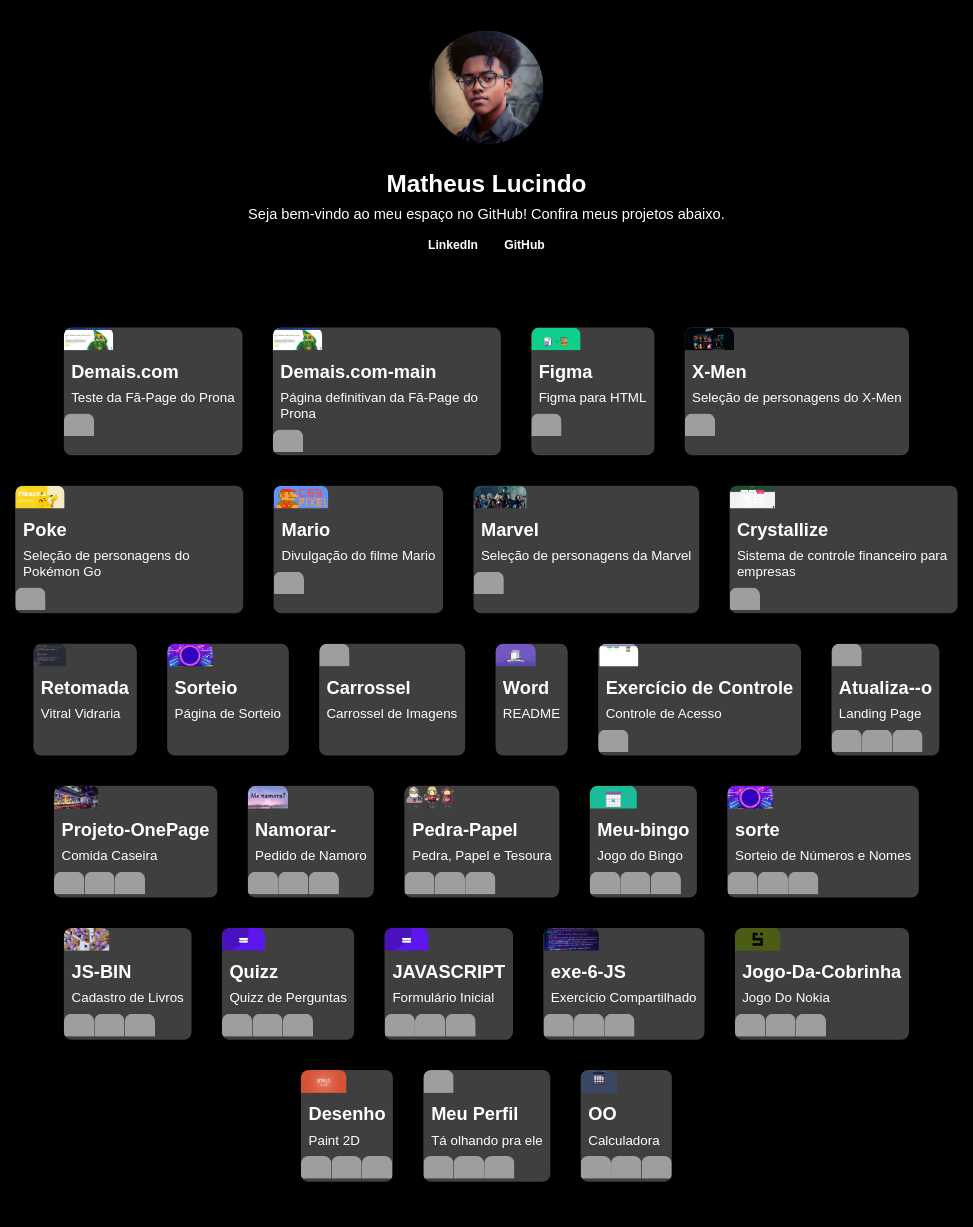
Repository: Matheus904-12/Meu-Perfil
Page: index.html
The author's editor kept a copy of each file at every save. The page is drawn from the files as they stood at one save, then again after a run of saves.
The browser window is 1280 px wide. The pictures show the whole page, at 76% of full size.
Pictures or frames that could not be fetched are drawn as grey boxes.

Above is the page before, as saved 2023-09-26 22:06:29.

### index.html
<!DOCTYPE html>
<html lang="en">
<head>
    <meta charset="UTF-8">
    <meta name="viewport" content="width=device-width, initial-scale=1.0">
    <link rel="stylesheet" href="styles.css">
    <link rel="icon" href="p">
    <title>Seu Perfil</title>
</head>
<body>


    <header>
        <img src="IMG_20230326_185729_968.jpg" alt="Sua Foto de Perfil" class="profile-picture">
        <h1>Matheus Lucindo</h1>
        <p>Seja bem-vindo ao meu espaço no GitHub! Confira meus projetos abaixo.</p>
        <div class="social-links">
            <a href="https://www.linkedin.com/in/matheus-lucindo-b35b68190/" target="_blank">LinkedIn</a>
            <a href="https://github.com/Matheus904-12" target="_blank">GitHub</a>
        </div>
    </header>

    <section class="repositories">
        <!-- Os repositórios serão carregados aqui via JavaScript -->
    </section>

    <script src="script.js"></script>
</body>
</html>

### styles.css
/* styles.css */

body {
    font-family: 'Arial', sans-serif;
    margin: 0;
    padding: 0;
    background-color: #000000;
    color: #fff;
    transition: background-color 0.3s, color 0.3s;
}

.profile-picture {
    border-radius: 50%;
    width: 150px;
    height: 150px;
    margin-bottom: 20px;
    object-fit: cover;
}

header {
    text-align: center;
    padding: 40px;
    background-color: #000000;
    box-shadow: 0px 4px 8px rgba(0, 0, 0, 0.1);
}

h1 {
    font-size: 2em;
    margin: 10px 0;
}

p {
    font-size: 1.2em;
    max-width: 800px;
    margin: 0 auto 20px;
}

.social-links {
    margin-top: 20px;
}

.social-links a {
    display: inline-block;
    margin: 0 15px;
    text-decoration: none;
    color: #fff;
    font-weight: bold;
    transition: color 0.3s;
}

.social-links a:hover {
    color: #00aa1a;
}

.repositories {
    display: flex;
    flex-wrap: wrap;
    justify-content: center;
    margin: 40px 0;
}

.repository-card {
    background-color: #3f3f3f;
    border-radius: 10px;
    box-shadow: 0px 4px 8px rgba(0, 0, 0, 0.1);
    margin: 20px;
    max-width: 300px;
    transition: transform 0.3s, box-shadow 0.3s, background-color 0.3s;
    overflow: hidden;
    color: #fff; /* Cor do texto ajustada */
}

.repository-card img {
    border-radius: 10px 10px 0 0;
    max-width: 100%;
    height: auto;
    max-height: 200px;
    object-fit: cover;
    max-height: 30px; /* Adicionado este estilo para limitar a altura dos ícones */
}

.repository-card h3 {
    margin: 10px;
    font-size: 1.5em;
}

.repository-card p {
    margin: 10px;
    font-size: 1.1em;
}

.repository-card:hover {
    transform: scale(1.05);
    box-shadow: 0 8px 16px rgba(128, 0, 128, 0.1);

}

.repository-card a {
    color: #ffffff; /* Defina a cor de texto desejada aqui */
    text-decoration: none; /* Para remover sublinhado dos links */
}

/* Estilos para tablets (largura máxima de 768px) */
@media screen and (max-width: 768px) {
    header {
        padding: 20px;
    }

    .profile-picture {
        width: 100px;
        height: 100px;
        margin-bottom: 10px;
    }

    h1 {
        font-size: 1.5em;
    }

    p {
        font-size: 1em;
    }

    .social-links a {
        margin: 0 10px;
    }

    .repository-card {
        max-width: 250px;
    }

    .repository-card img {
        max-height: 150px;
    }

    .repository-card h3 {
        font-size: 1.2em;
    }

    .repository-card p {
        font-size: 1em;
    }
}

/* Estilos para dispositivos móveis (largura máxima de 480px) */
@media screen and (max-width: 480px) {
    header {
        padding: 10px;
    }

    .profile-picture {
        width: 80px;
        height: 80px;
        margin-bottom: 5px;
    }

    h1 {
        font-size: 1.2em;
    }

    p {
        font-size: 0.9em;
    }

    .social-links a {
        margin: 0 5px;
    }

    .repository-card {
        max-width: 200px;
    }

    .repository-card img {
        max-height: 120px;
    }

    .repository-card h3 {
        font-size: 1em;
    }

    .repository-card p {
        font-size: 0.8em;
    }
}

### script.js
document.addEventListener('DOMContentLoaded', function() {
    const repositories = [
        {
            name: 'Demais.com',
            description: 'Teste da Fã-Page do Prona',
            coverImage: 'Demais.com.jpg',
            languages: ['']
        },
        {
            name: 'Demais.com-main',
            description: 'Página definitivan da Fã-Page do Prona',
            coverImage: 'Demais.com.jpg',
            languages: ['']
        },
        {
            name: 'Figma',
            description: 'Figma para HTML',
            coverImage: 'Figma_to_html_1.png',
            languages: ['']
        },
        {
            name: 'X-Men',
            description: 'Seleção de personagens do X-Men',
            coverImage: 'xmen.png',
            languages: ['']
        },
        {
            name: 'Poke',
            description: 'Seleção de personagens do Pokémon Go',
            coverImage: 'pokemon-slider.png',
            languages: ['']
        },
        {
            name: 'Mario',
            description: 'Divulgação do filme Mario',
            coverImage: 'css-pixel-art.png',
            languages: ['']
        },
        {
            name: 'Marvel',
            description: 'Seleção de personagens da Marvel',
            coverImage: 'marvel.jpg',
            languages: ['']
        },
        {
            name: 'Crystallize',
            description: 'Sistema de controle financeiro para empresas',
            coverImage: 'sis.png',
            languages: ['']
        },
        {
            name: 'Retomada',
            description: 'Vitral Vidraria',
            coverImage: 'retom.png',
            languages: []
        },
        {
            name: 'Sorteio',
            description: 'Página de Sorteio',
            coverImage: 'sorteio.jpg',
            languages: []
        },
        {
            name: 'Carrossel',
            description: 'Carrossel de Imagens',
            coverImage: 'car.jpg',
            languages: []
        },
        {
            name: 'Word',
            description: 'README',
            coverImage: 'como-fazer-um-bom-readme-preview.png',
            languages: []
        },
        {
            name: 'Exercício de Controle',
            description: 'Controle de Acesso',
            coverImage: 'control.png',
            languages: ['HTML']
        },
        {
            name: 'Atualiza--o',
            description: 'Landing Page',
            coverImage: 'landing.png',
            languages: ['HTML', 'CSS', 'JS']
        },
        {
            name: 'Projeto-OnePage',
            description: 'Comida Caseira',
            coverImage: 'restaurante.jpeg',
            languages: ['HTML', 'CSS', 'JS']
        },
        {
            name: 'Namorar-',
            description: 'Pedido de Namoro',
            coverImage: 'namorar.jpg',
            languages: ['HTML', 'CSS', 'JS']
        },
        {
            name: 'Pedra-Papel',
            description: 'Pedra, Papel e Tesoura',
            coverImage: 'jokenpo.png',
            languages: ['HTML', 'CSS', 'JS']
        },
        {
            name: 'Meu-bingo',
            description: 'Jogo do Bingo',
            coverImage: 'bingo.jpg',
            languages: ['HTML', 'CSS', 'JS']
        },
        {
            name: 'sorte',
            description: 'Sorteio de Números e Nomes',
            coverImage: 'sorteio.jpg',
            languages: ['HTML', 'CSS', 'JS']
        },
        {
            name: 'JS-BIN',
            description: 'Cadastro de Livros',
            coverImage: 'bibliotecas.png',
            languages: ['HTML', 'CSS', 'JS']
        },
        {
            name: 'Quizz',
            description: 'Quizz de Perguntas',
            coverImage: 'a-guide-to-html-css-forms-no-hacks.jpg',
            languages: ['HTML', 'CSS', 'JS']
        },
        {
            name: 'JAVASCRIPT',
            description: 'Formulário Inicial',
            coverImage: 'a-guide-to-html-css-forms-no-hacks.jpg',
            languages: ['HTML', 'CSS', 'JS']
        },
        {
            name: 'exe-6-JS',
            description: 'Exercício Compartilhado',
            coverImage: 'comp.png',
            languages: ['HTML', 'CSS', 'JS']
        },
        {
            name: 'Jogo-Da-Cobrinha',
            description: 'Jogo Do Nokia',
            coverImage: 'cobrinha.png',
            languages: ['HTML', 'CSS', 'JS']
        },
        {
            name: 'Desenho',
            description: 'Paint 2D',
            coverImage: '20151220031246_canvas.png',
            languages: ['HTML', 'CSS', 'JS']
        },
        {
            name: 'Meu Perfil',
            description: 'Tá olhando pra ele',
            coverImage: 'perfi.png',
            languages: ['HTML', 'CSS', 'JS']
        },
        {
            name: 'OO',
            description: 'Calculadora',
            coverImage: 'leva.jpg',
            languages: ['HTML', 'CSS', 'JS']
        },


    ];

    const repositoriesSection = document.querySelector('.repositories');

    repositories.forEach(repository => {
        const card = document.createElement('div');
        card.classList.add('repository-card');

        const languagesIcons = repository.languages.map(lang => `<img src="${lang.toLowerCase()}.png" alt="${lang}">`).join('');

        card.innerHTML = `
            <a href="${repository.link}" target="_blank">
                <div class="card-border">
                    <img src="${repository.coverImage}" alt="Capa do Repositório">
                </div>
                <h3>${repository.name}</h3>
                <p>${repository.description}</p>
                <div class="languages">${languagesIcons}</div>
            </a>
        `;

        card.addEventListener('click', function() {
            card.classList.toggle('selected');
        });

        repositoriesSection.appendChild(card);
    });
});

After the next 4 saves:
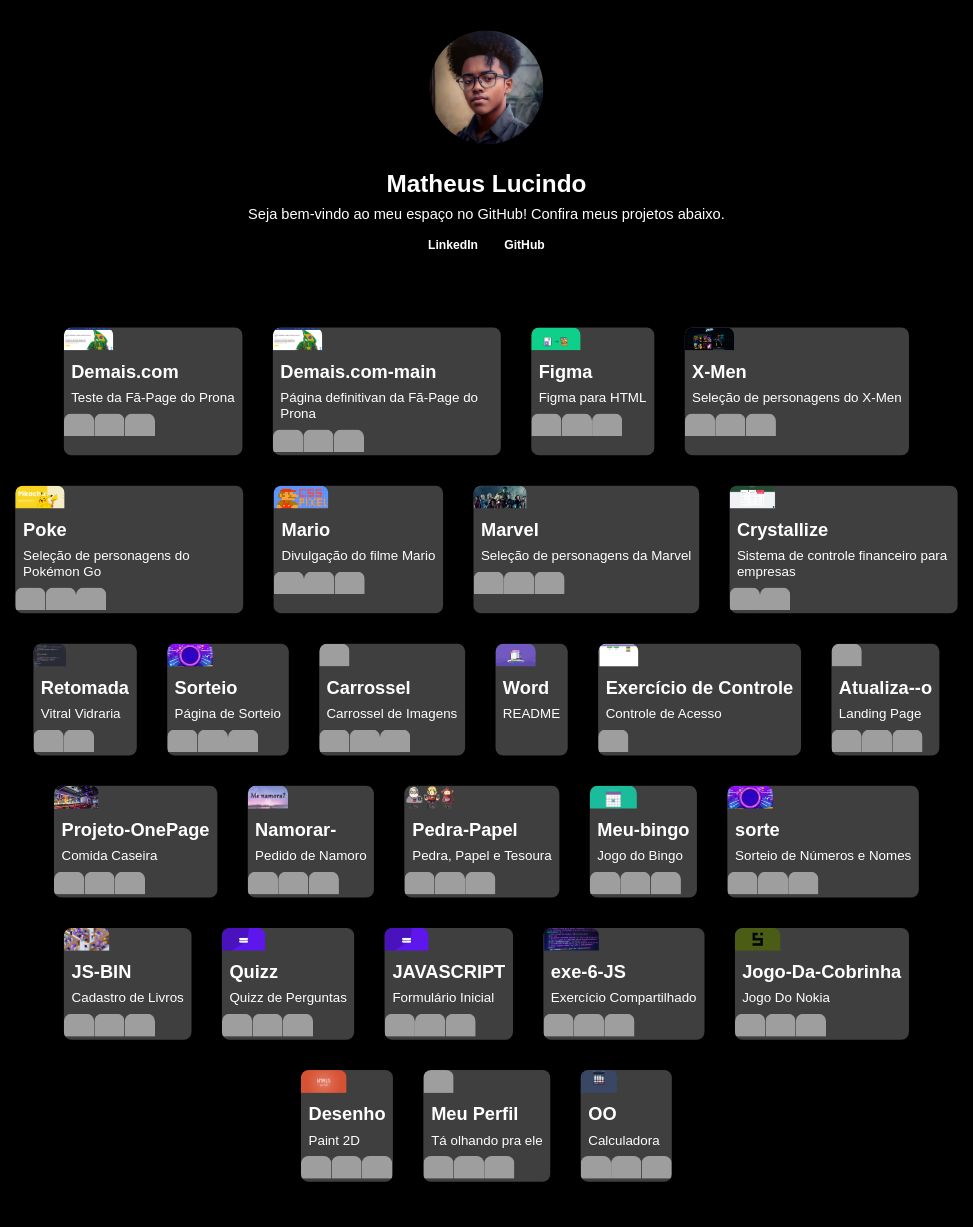
The 4 saves are shown as one change because they came seconds apart.
The last was saved 24 s later.
--- a/script.js
+++ b/script.js
@@ -4,67 +4,67 @@
             name: 'Demais.com',
             description: 'Teste da Fã-Page do Prona',
             coverImage: 'Demais.com.jpg',
-            languages: ['']
+            languages: ['HTML', 'CSS', 'JS']
         },
         {
             name: 'Demais.com-main',
             description: 'Página definitivan da Fã-Page do Prona',
             coverImage: 'Demais.com.jpg',
-            languages: ['']
+            languages: ['HTML', 'CSS', 'JS']
         },
         {
             name: 'Figma',
             description: 'Figma para HTML',
             coverImage: 'Figma_to_html_1.png',
-            languages: ['']
+            languages: ['HTML', 'CSS', 'JS']
         },
         {
             name: 'X-Men',
             description: 'Seleção de personagens do X-Men',
             coverImage: 'xmen.png',
-            languages: ['']
+            languages: ['HTML', 'CSS', 'JS']
         },
         {
             name: 'Poke',
             description: 'Seleção de personagens do Pokémon Go',
             coverImage: 'pokemon-slider.png',
-            languages: ['']
+            languages: ['HTML', 'CSS', 'JS']
         },
         {
             name: 'Mario',
             description: 'Divulgação do filme Mario',
             coverImage: 'css-pixel-art.png',
-            languages: ['']
+            languages: ['HTML', 'CSS', 'JS']
         },
         {
             name: 'Marvel',
             description: 'Seleção de personagens da Marvel',
             coverImage: 'marvel.jpg',
-            languages: ['']
+            languages: ['HTML', 'CSS', 'JS']
         },
         {
             name: 'Crystallize',
             description: 'Sistema de controle financeiro para empresas',
             coverImage: 'sis.png',
-            languages: ['']
+            languages: ['HTML', 'CSS']
         },
         {
             name: 'Retomada',
             description: 'Vitral Vidraria',
             coverImage: 'retom.png',
-            languages: []
+            languages: ['HTML', 'CSS']
         },
         {
             name: 'Sorteio',
             description: 'Página de Sorteio',
             coverImage: 'sorteio.jpg',
-            languages: []
+            languages: ['HTML', 'CSS', 'JS']
         },
         {
             name: 'Carrossel',
             description: 'Carrossel de Imagens',
             coverImage: 'car.jpg',
-            languages: []
+            languages: ['HTML', 'CSS', 'JS']
         },
         {
             name: 'Word',
@@ -164,6 +164,7 @@
         },
 
 
+
     ];
 
     const repositoriesSection = document.querySelector('.repositories');
